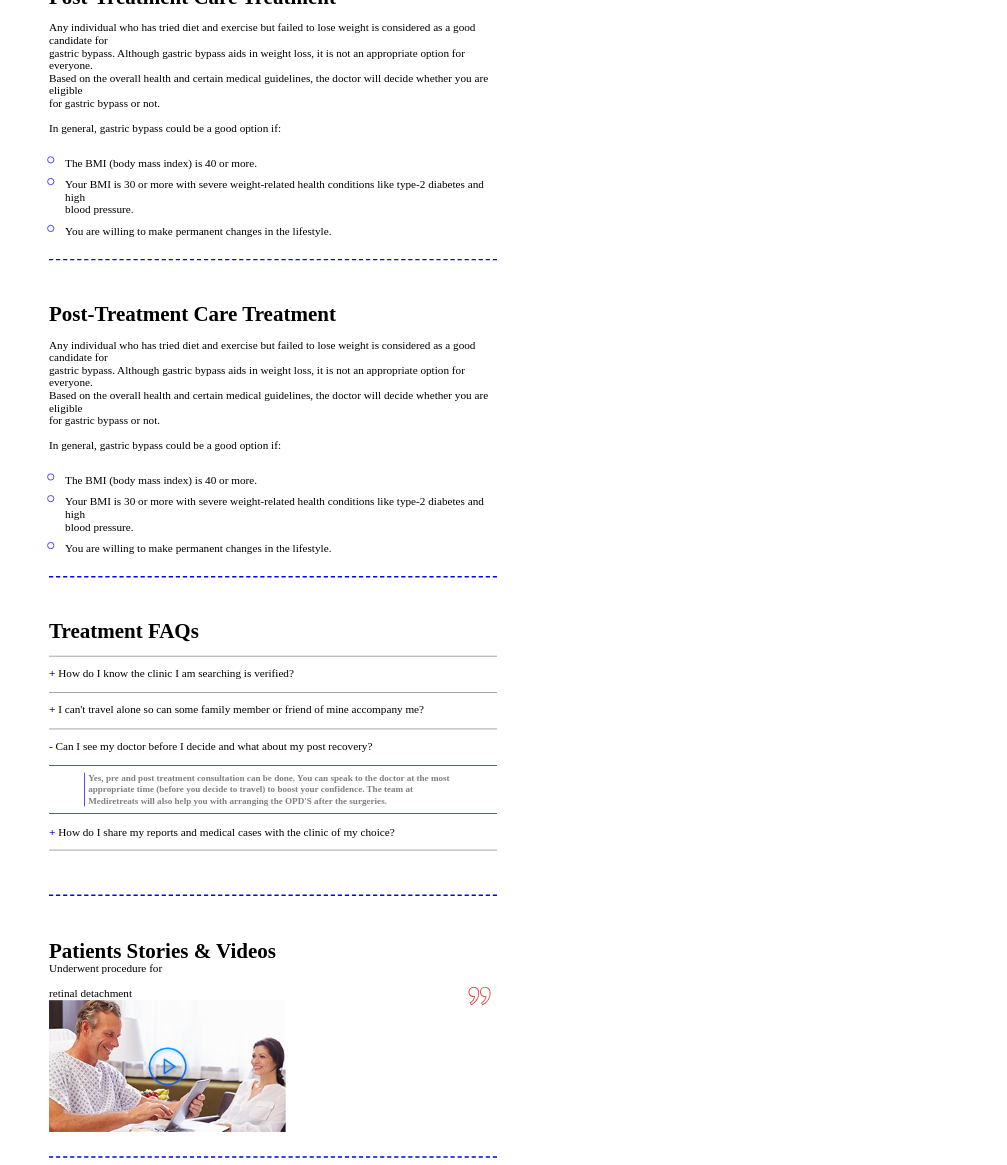
Repository: hetuk2005/webDevelopment
Page: Projects/Aafiya.html
An editor plug-in stored every save of this project. The page is shown before and after the next save, followed by the edit.
The browser window is 1280 px wide. The page is 1438 px wide, so the pictures cover 1438 px, including what lies to the right of the window. The pictures show the part of the page from y = 2777 to 4497 px (the page is 4441 px tall before and 4497 px after), at 70% of full size.

Above is the page before, as saved 2025-04-08 10:21:25.

After the next save:
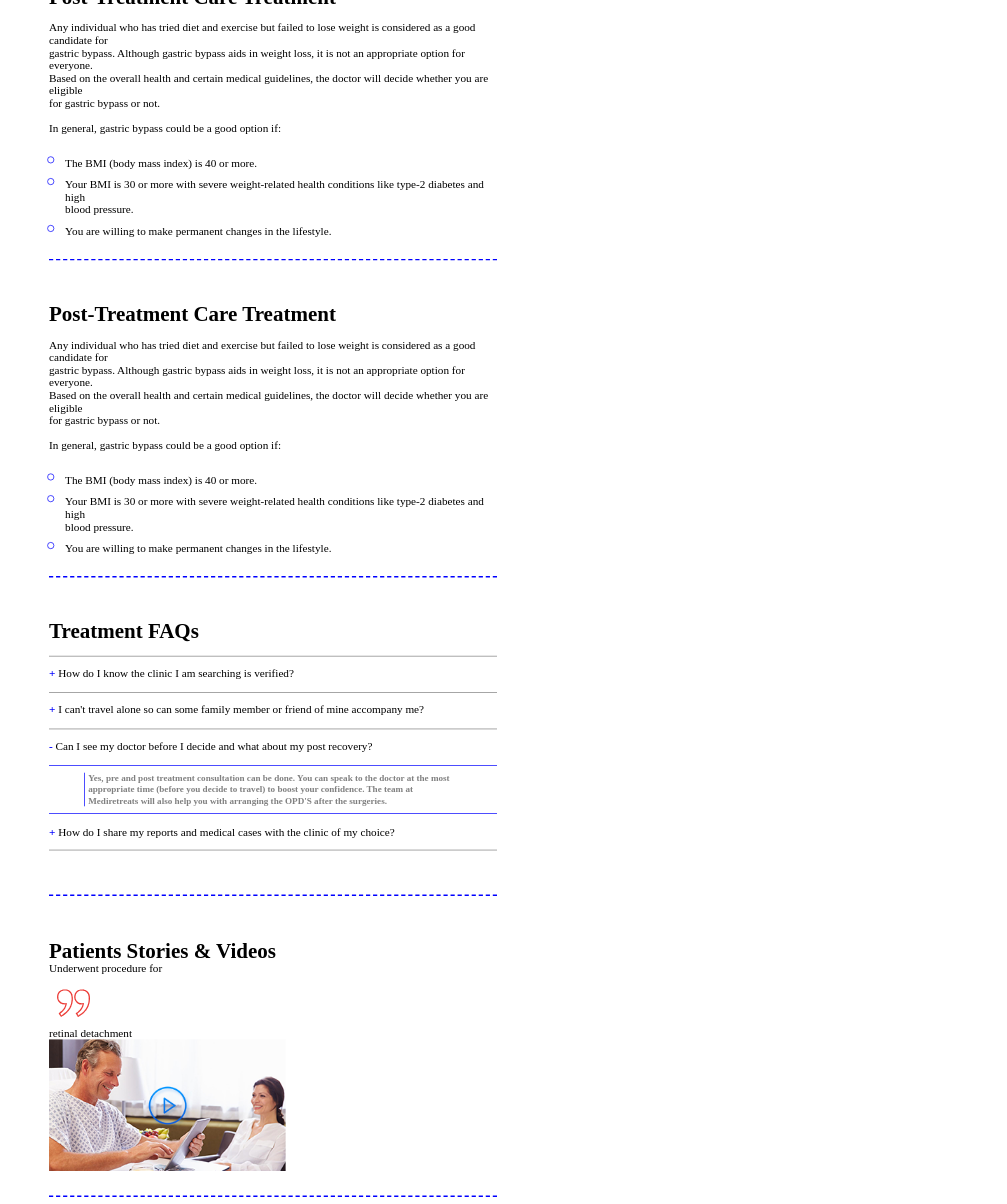
Saved 34 s later.
--- a/Projects/CSS/Aafiya.css
+++ b/Projects/CSS/Aafiya.css
@@ -510,9 +510,8 @@ span {
 }
 
 .patient_stories>.stories_img>.quotes {
-    height: 50px;
-    width: 50px;
-    float: right;
+    height: 70px;
+    width: 70px;
     padding-top: 10px;
     object-fit: contain;
 }
